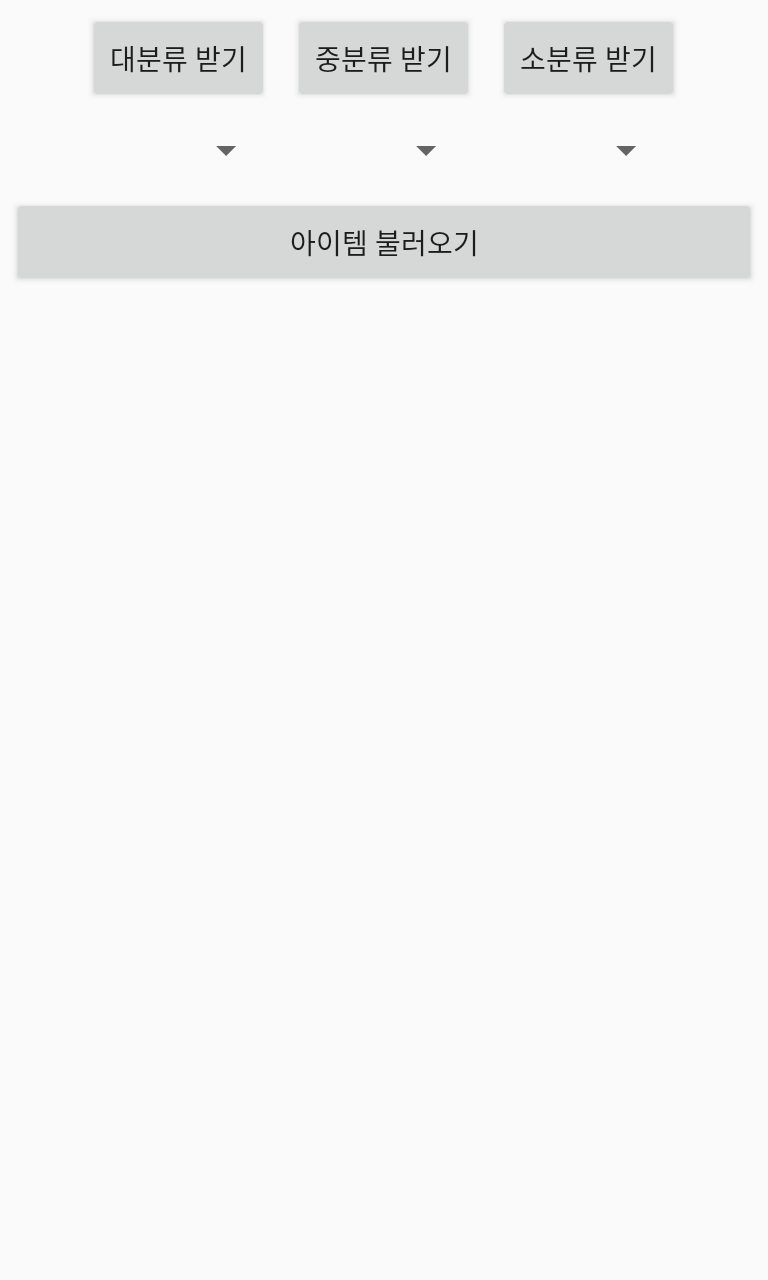
Repository: Jeonilju/rap
Layout: Android/RAP/res/layout/activity_iap_sample.xml
The author's editor kept a copy of each file at every save. The layout is drawn from the files as they stood at one save, then again after the next save.
It is drawn on a 768 x 1280 px phone screen (xhdpi) without system bars, with theme AppTheme; the app's code is not run. Lists and similar views that code fills are empty.

Above is the layout before, as saved 2015-07-12 02:51:08.

After the next save:
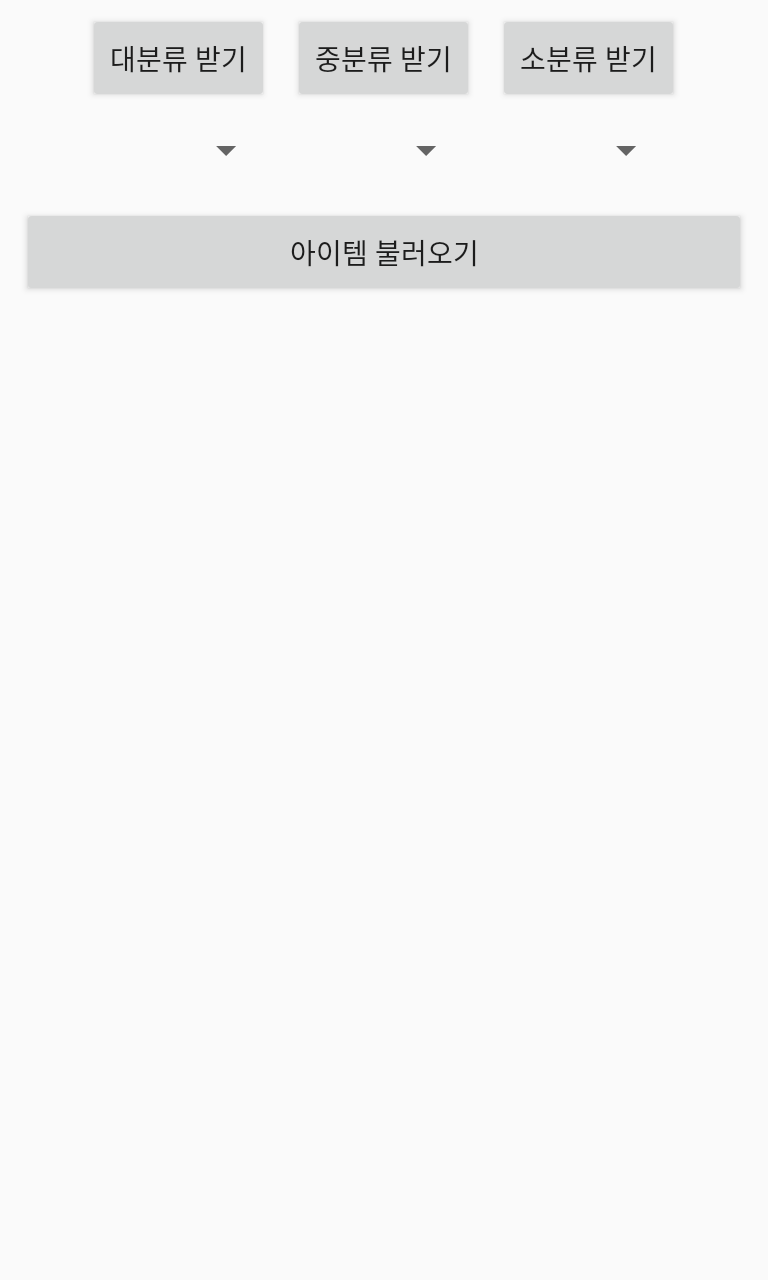
Saved 11 s later.
--- a/Android/RAP/res/layout/activity_iap_sample.xml
+++ b/Android/RAP/res/layout/activity_iap_sample.xml
@@ -66,7 +66,7 @@
             android:id="@+id/iap_btn_getItems"
             android:layout_width="fill_parent"
             android:layout_height="wrap_content"
-            android:layout_margin="5dp"
+            android:layout_margin="10dp"
             android:text="아이템 불러오기"/>
 
 	</LinearLayout>
